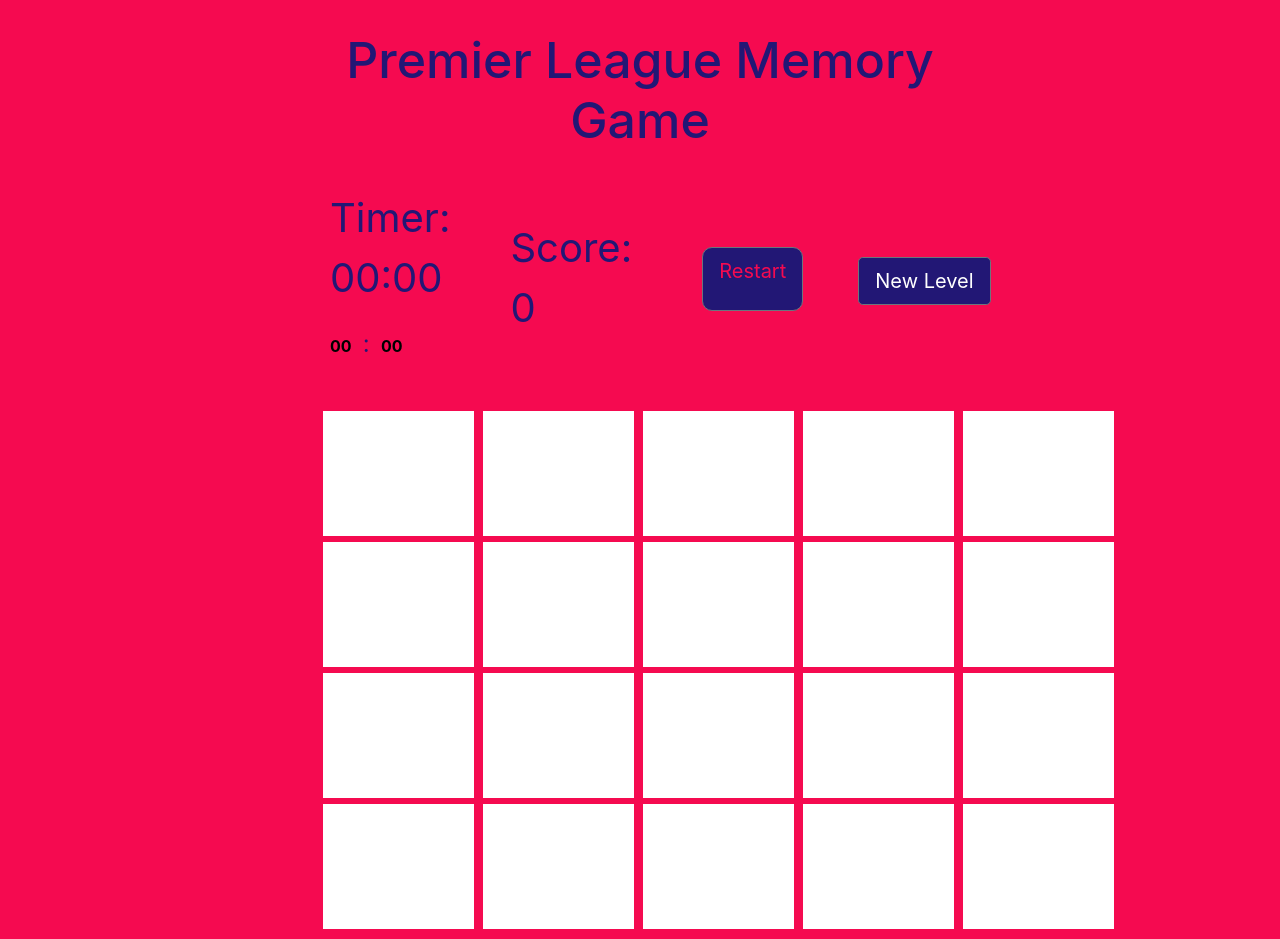
Repository: IchaTreasure/Premier-League-Memory-Game-
Page: index1.html
The author's editor kept a record of every edit. The page is drawn from the files as they stood at one moment, then again after the next edit.
The browser window is 1280 px wide. The pictures show the whole page.
Some web libraries are served in a nearby version.

Above is the page before.

After the next edit:
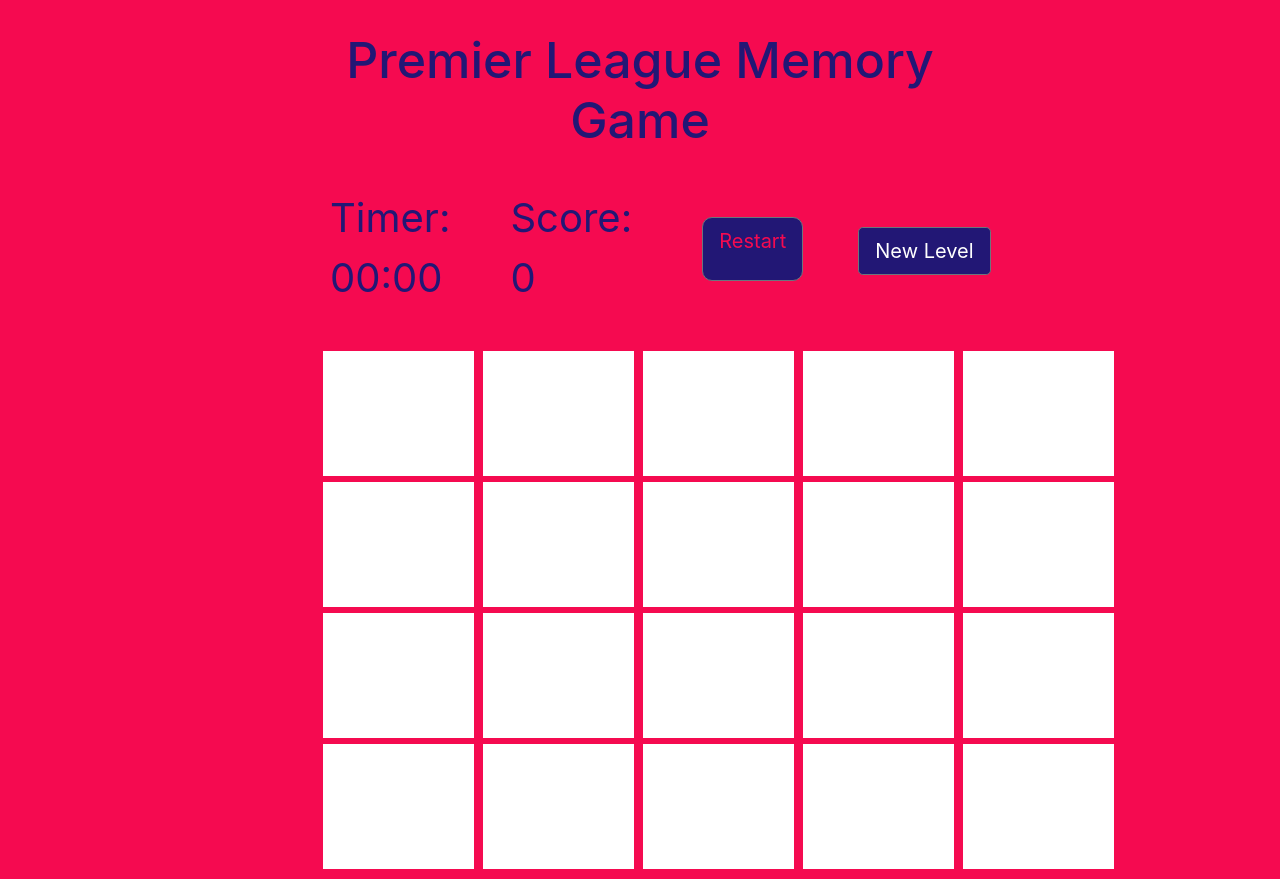
The edit:
--- a/index1.html
+++ b/index1.html
@@ -29,19 +29,6 @@
                     <div class="game-timer">
                         <span>Timer:</span>
                         <span>00:00</span>
-
-                       <!-- <input id="minutes" type="text" style="width: 10px; border: none; font-size: 16px; font-weight: bold; color: black;">
-
-                        <font size="5"> :</font>
-
-                        <input id="seconds" type="text" style="width: 20px; border: none; font-size: 16px; font-weight: bold; color: black;"> -->
-
-                        <span id="minutes" type="text" style="width: 10px; border: none; font-size: 16px; font-weight: bold; color: black;">00</span>
-
-                        <font size="5"> :</font>
-
-                        <span id="seconds" type="text" style="width: 20px; border: none; font-size: 16px; font-weight: bold; color: black;">00</span>
-
                     </div>
                 </td>
                 <td>
